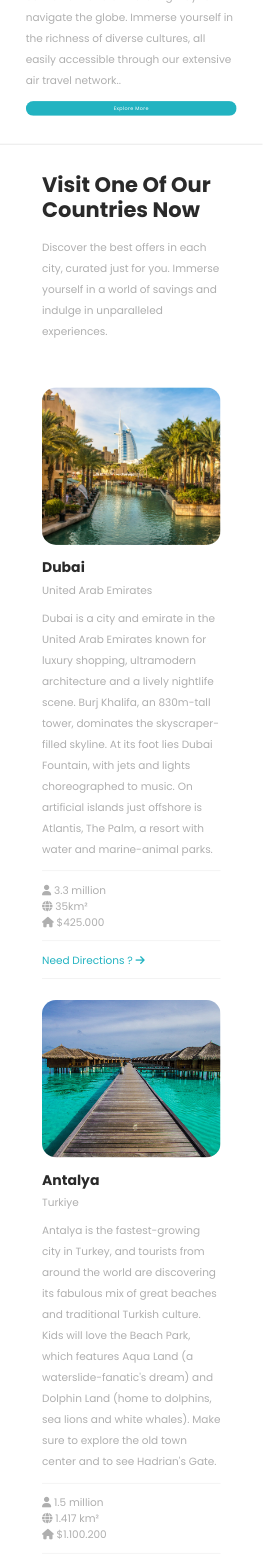
Repository: asadbekdev07/asadbekdev-zamontour-react
Page: /
The author's editor kept a copy of each file at every save. The page is drawn from the files as they stood at one save, then again after the next save.
The browser window is 375 px wide. The pictures show the part of the page from y = 3539 to 5779 px (the page is 7601 px tall before and 7271 px after), at 70% of full size.
The project was rebuilt for these pictures with package versions that can differ from the ones it lists, and the page was loaded fresh each time. Also part of the build but not shown: vite.config.js.

Above is the page before, as saved 2024-05-26 20:21:59.

After the next save:
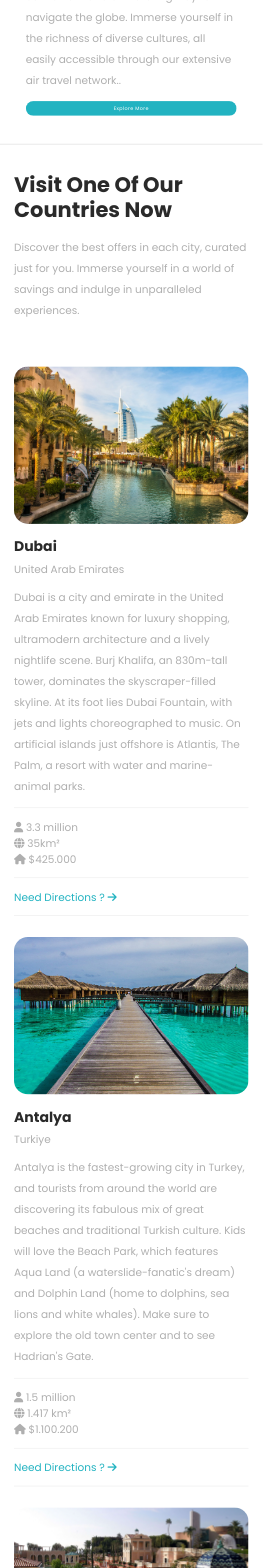
Saved 65 s later.
--- a/src/assets/styles/index.css
+++ b/src/assets/styles/index.css
@@ -1003,6 +1003,10 @@
   .destination__responsive-button {
     display: block;
   }
+  .visit {
+    padding-left: 0;
+    padding-right: 0;
+  }
   .visit__item {
     flex-direction: column;
     padding-bottom: 15px;

After the save that followed:
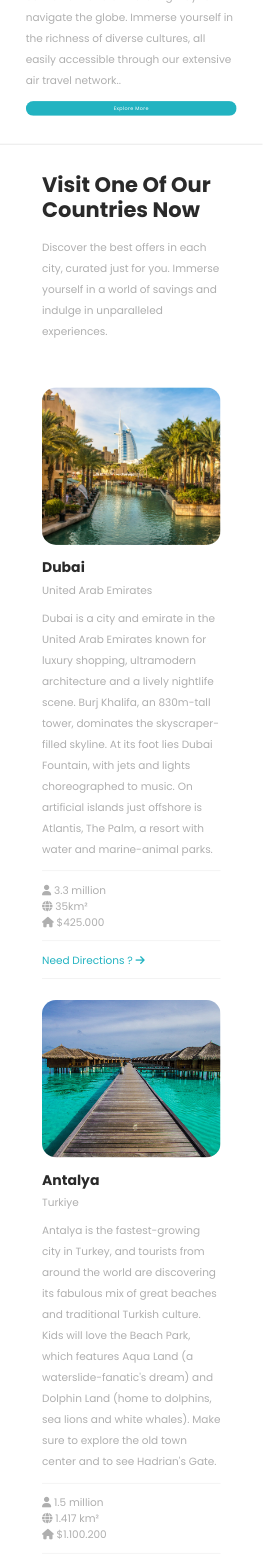
Saved 14 s later.
--- a/src/assets/styles/index.css
+++ b/src/assets/styles/index.css
@@ -1003,10 +1003,6 @@
   .destination__responsive-button {
     display: block;
   }
-  .visit {
-    padding-left: 0;
-    padding-right: 0;
-  }
   .visit__item {
     flex-direction: column;
     padding-bottom: 15px;
